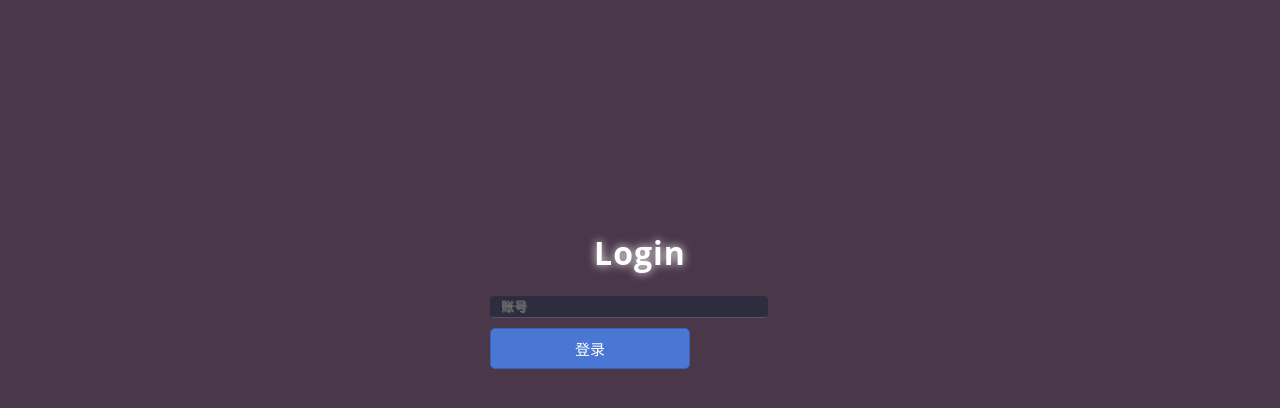
Repository: SnugHAN/gg
Page: http://localhost/bank/
The author's editor kept a copy of each file at every save. The page is drawn from the files as they stood at one save, then again after the next save.
The browser window is 1280 px wide. The pictures show the whole page.
The page is served by Tomcat 9. Queries for data that is not in the repository find no rows.

Above is the page before, as saved 2016-11-30 08:13:39.

### bank/bank/WebRoot/index.jsp
<%@ page language="java" import="java.util.*" pageEncoding="utf-8"%>

<%
String path = request.getContextPath();
String basePath = request.getScheme()+"://"+request.getServerName()+":"+request.getServerPort()+path+"/";
%>
<%@ page language="java" contentType="text/html; charset=utf-8"%>
<%@ page import="java.sql.* "%>

<%@ page import="java.lang.String" %>
<%@ page import="java.sql.ResultSet" %>
<!DOCTYPE HTML PUBLIC "-//W3C//DTD HTML 4.01 Transitional//EN">
<html>
  <head>
    <base href="<%=basePath%>">

    <title>我存我惠</title>
	<meta http-equiv="pragma" content="no-cache">
	<meta http-equiv="cache-control" content="no-cache">
	<meta http-equiv="expires" content="0">
	<meta http-equiv="keywords" content="keyword1,keyword2,keyword3">
	<meta http-equiv="description" content="This is my page">
	<!--
	<link rel="stylesheet" type="text/css" href="styles.css">
	-->
  <link rel="stylesheet" type="text/css" href="css/login.css"/>
  </head>
  <body>
     <div id="login">
        <h1>Login</h1>
        <form method="post" action="index.jsp">

            <input type="text" required="required" placeholder="账号" name="username">
            <button class="but" type="submit" >登录</button>
        </form>
    </div>

     <%

   String username = request.getParameter("username");
   try{
	   Class.forName("oracle.jdbc.driver.OracleDriver");

   }catch(ClassNotFoundException e){

	   e.printStackTrace();
   }

   try{
       //Class.forName("oracle.jdbc.driver.OracleDriver").newInstance();
       Connection con = DriverManager.getConnection("jdbc:oracle:thin:@localhost:1521:orcl","system","hankangqi");
       if(con==null){
          System.out.println("与oracle数据库连接失败！");
      }else{
           System.out.println("与oracle数据库连接成功！");
      }
       Statement stmt = con.createStatement();
       String sql = "select * from hkk where username='"+username+"'";
       System.out.println(username);
       ResultSet rs = stmt.executeQuery(sql);
       //System.out.println("不错");
       if(rs.next()){
    	  // System.out.println("fdsfdf");
    	   if(rs.getString("username").equals(username)){
        	  // System.out.println("不错");
               response.sendRedirect("admin.jsp");
           }else {
               response.sendRedirect("index.jsp");
           }

       }
       else{
    	   System.out.println("不对啊！");
       }
   }catch (Exception e) {
       e.printStackTrace();
   }


%>
  </body>
</html>

### bank/bank/WebRoot/css/login.css
@CHARSET "UTF-8";
html{
    width: 100%;
    height: 100%;
    overflow: hidden;
    font-style: sans-serif;
}
body{
    width: 100%;
    height: 100%;
    font-family: 'Open Sans',sans-serif;
    margin: 0;
    background-color: #4A374A;
}
#login{
    position: absolute;
    top: 50%;
    left:50%;
    margin: -150px 0 0 -150px;
    width: 300px;
    height: 300px;
}
#login h1{
    color: #fff;
    text-shadow:0 0 10px;
    letter-spacing: 1px;
    text-align: center;
}
h1{
    font-size: 2em;
    margin: 0.67em 0;
}
input{
    width: 278px;
    height: 18px;
    margin-bottom: 10px;
    outline: none;
    padding: 10px;
    font-size: 13px;
    color: #fff;
    text-shadow:1px 1px 1px;
    border-top: 1px solid #312E3D;
    border-left: 1px solid #312E3D;
    border-right: 1px solid #312E3D;
    border-bottom: 1px solid #56536A;
    border-radius: 4px;
    background-color: #2D2D3F;
}
.but{
    width: 200px;
    min-height: 20px;
    display: block;
    background-color: #4a77d4;
    border: 1px solid #3762bc;
    color: #fff;
    padding: 9px 14px;
    font-size: 15px;
    line-height: normal;
    border-radius: 5px;
    margin: 0;
}

After the next save:
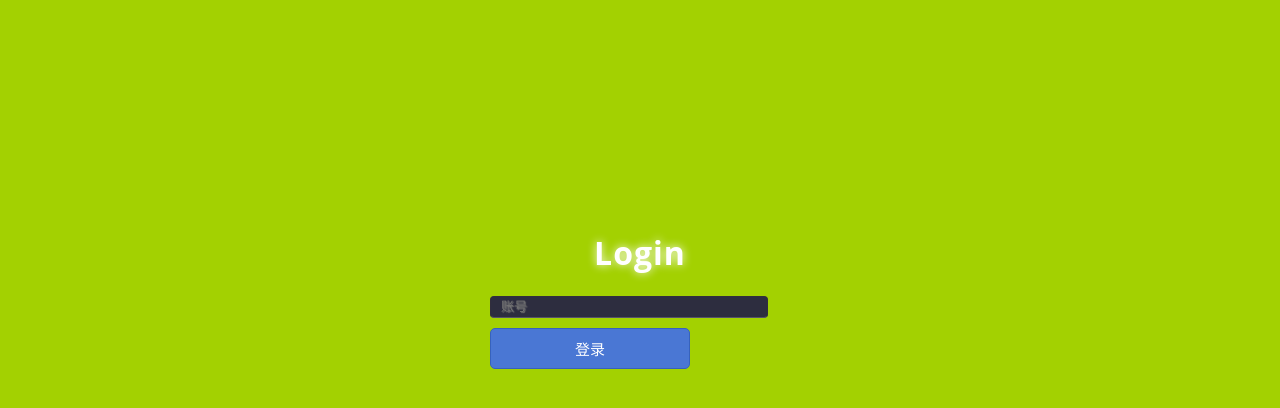
Saved 3 h 19 min later.
--- a/bank/bank/WebRoot/css/login.css
+++ b/bank/bank/WebRoot/css/login.css
@@ -10,7 +10,7 @@ body{
     height: 100%;
     font-family: 'Open Sans',sans-serif;
     margin: 0;
-    background-color: #4A374A;
+    background-color: #A3D101;
 }
 #login{
     position: absolute;
